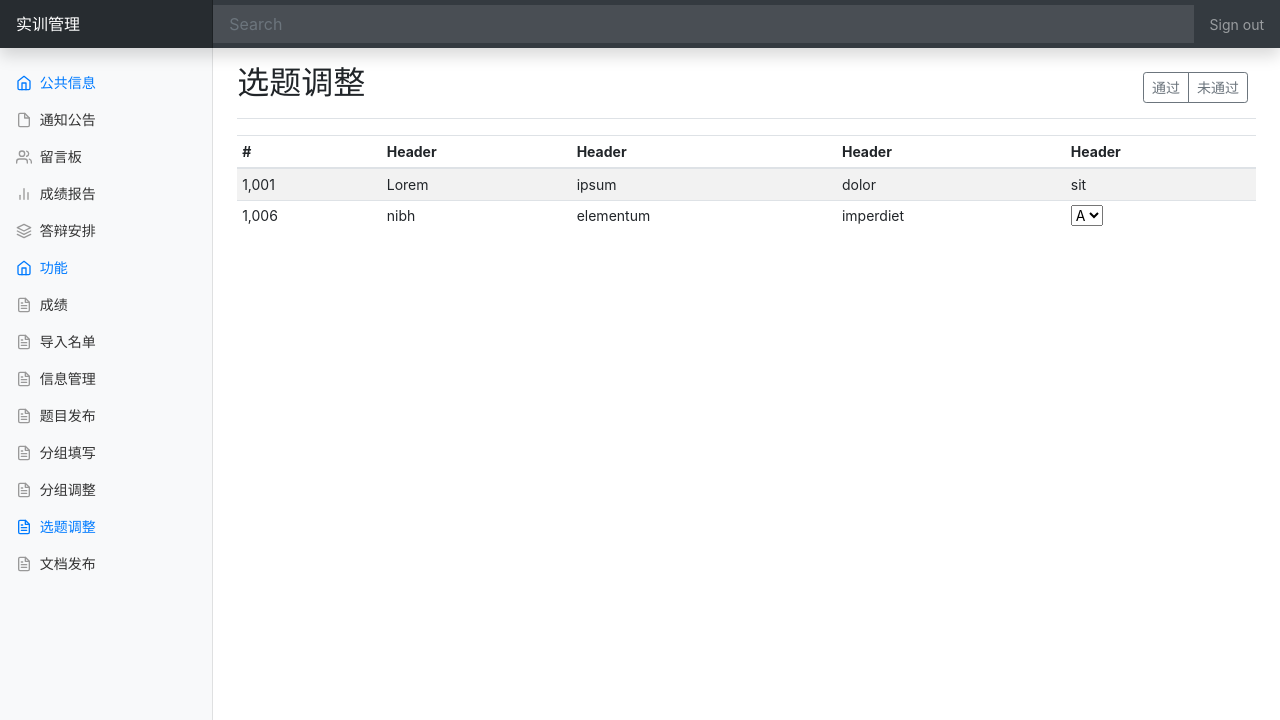
Repository: Kong-T/Practical-training
Page: Administrator/html/Ad_topic_admin.html
An editor plug-in stored every save of this project. The page is shown before and after the next save, followed by the edit.
The browser window is 1280 px wide. The pictures show the whole page.
The page's requests for data from a server got no answer. Some web libraries are served in a nearby version.

Above is the page before, as saved 2020-12-14 20:11:11.
Console error: TypeError: Cannot read properties of null (reading 'length')

After the next save:
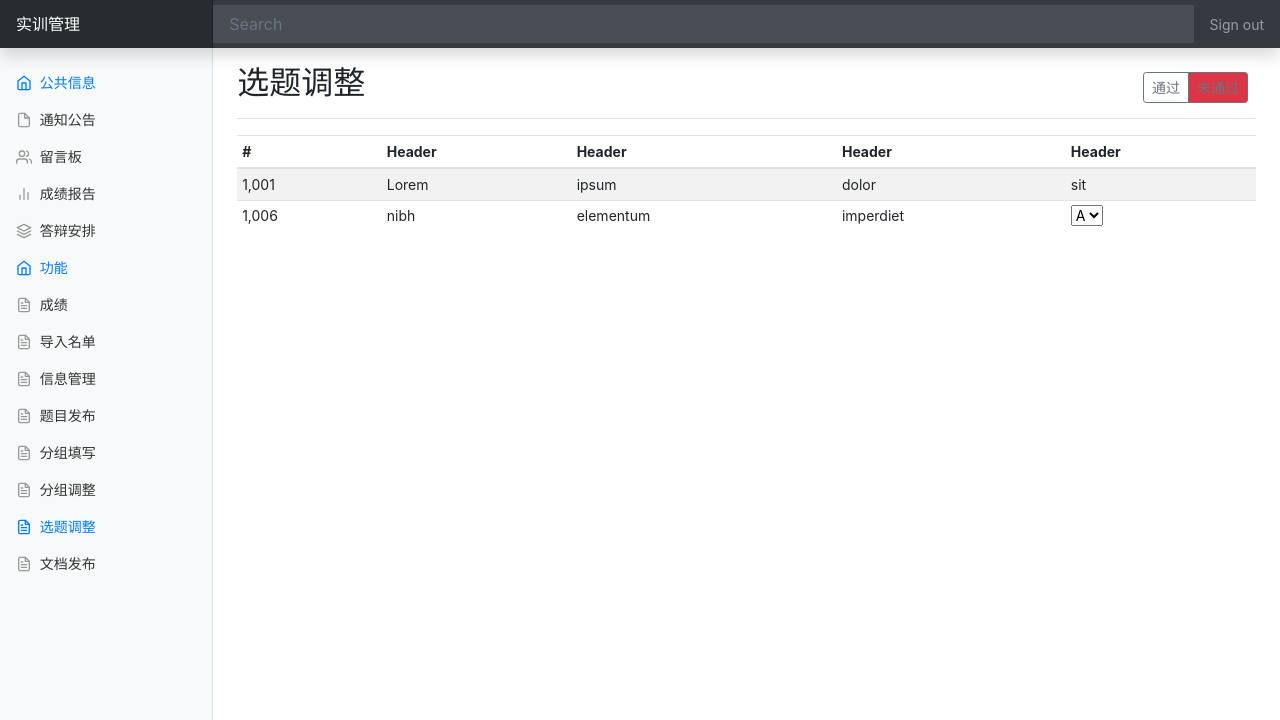
Saved 40 s later.
--- a/Administrator/html/Ad_topic_admin.html
+++ b/Administrator/html/Ad_topic_admin.html
@@ -153,7 +153,7 @@
           <div class="btn-toolbar mb-2 mb-md-0">
             <div class="btn-group mr-2">
               <button type="button" onclick="submit()" class="btn btn-sm btn-outline-secondary">通过</button>
-              <button type="button" onclick="unpass()" class=" btn btn-sm btn-outline-secondary">未通过</button>
+              <button type="button" onclick="unpass()" class="btn btn-danger btn-sm btn-outline-secondary">未通过</button>
             </div>
             <!-- <button type="button" class="btn btn-sm btn-outline-secondary dropdown-toggle">
             <span data-feather="calendar"></span>
